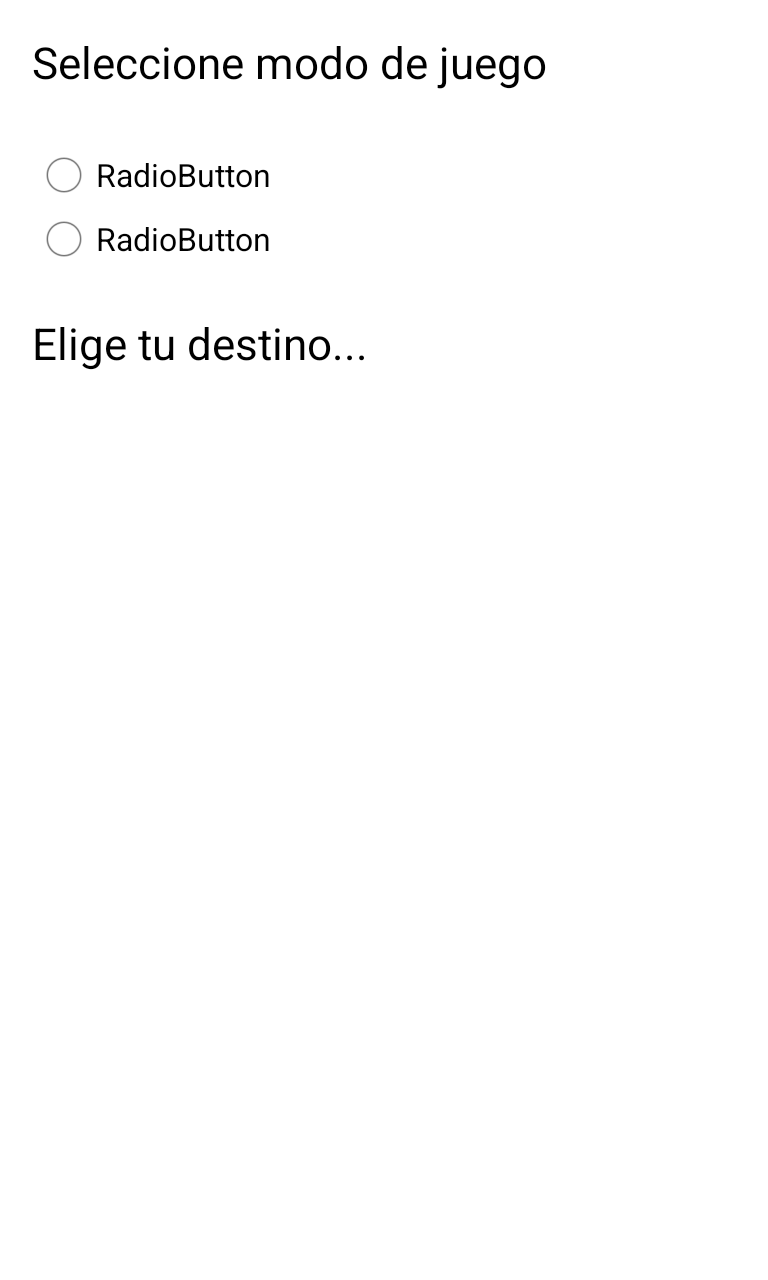
Repository: ivan-yc/miProyecto
Layout: TresEnRaya/res/layout/activity_main.xml
The author's editor kept a copy of each file at every save. The layout is drawn from the files as they stood at one save, then again after the next save.
It is drawn on a 768 x 1280 px phone screen (xhdpi) without system bars, with theme AppTheme; the app's code is not run.

Above is the layout before, as saved 2013-05-16 20:07:35.

### TresEnRaya/res/layout/activity_main.xml
<RelativeLayout xmlns:android="http://schemas.android.com/apk/res/android"
    xmlns:tools="http://schemas.android.com/tools"
    android:layout_width="match_parent"
    android:layout_height="match_parent"
    android:paddingBottom="@dimen/activity_vertical_margin"
    android:paddingLeft="@dimen/activity_horizontal_margin"
    android:paddingRight="@dimen/activity_horizontal_margin"
    android:paddingTop="@dimen/activity_vertical_margin"

    tools:context=".MainActivity" >

    <TextView
        android:id="@+id/textView1"
        android:layout_width="wrap_content"
        android:layout_height="wrap_content"
        android:layout_alignParentLeft="true"
        android:layout_alignParentTop="true"
        android:text="Seleccione modo de juego"
        android:textAppearance="?android:attr/textAppearanceLarge" />

    <RadioButton
        android:id="@+id/radioButton1"
        android:layout_width="wrap_content"
        android:layout_height="wrap_content"
        android:layout_alignLeft="@+id/textView1"
        android:layout_below="@+id/textView1"
        android:layout_marginTop="26dp"
        android:text="RadioButton" />

    <RadioButton
        android:id="@+id/radioButton2"
        android:layout_width="wrap_content"
        android:layout_height="wrap_content"
        android:layout_alignLeft="@+id/radioButton1"
        android:layout_below="@+id/radioButton1"
        android:text="RadioButton" />

    <TextView
        android:id="@+id/textView2"
        android:layout_width="wrap_content"
        android:layout_height="wrap_content"
        android:layout_alignLeft="@+id/radioButton2"
        android:layout_below="@+id/radioButton2"
        android:layout_marginTop="21dp"
        android:text="Elige tu destino..."
        android:textAppearance="?android:attr/textAppearanceLarge" />

</RelativeLayout>

Loaded but not shown: TresEnRaya/res/values/styles.xml (common file); TresEnRaya/res/values-v11/styles.xml (common file); TresEnRaya/res/values-v14/styles.xml (common file); TresEnRaya/res/values/dimens.xml (common file)

After the next save:
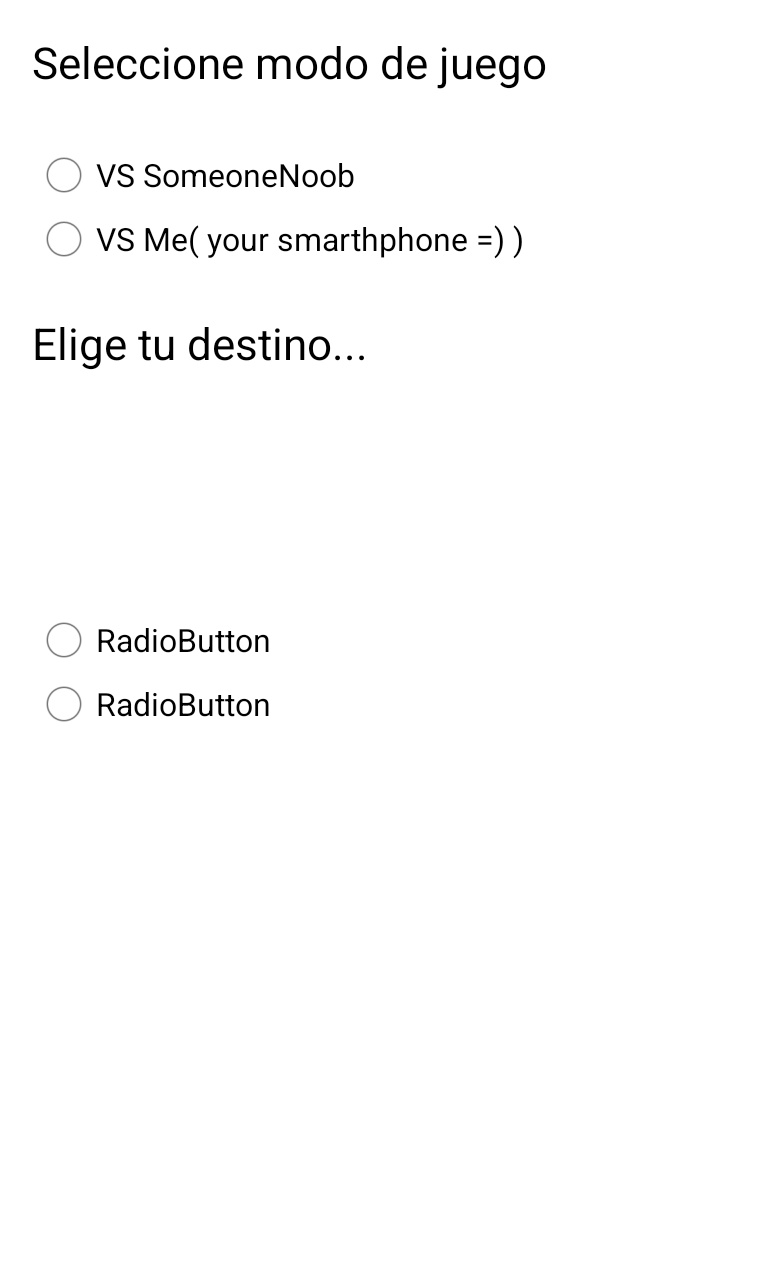
Saved 2 min 4 s later.
--- a/TresEnRaya/res/layout/activity_main.xml
+++ b/TresEnRaya/res/layout/activity_main.xml
@@ -25,7 +25,7 @@
         android:layout_alignLeft="@+id/textView1"
         android:layout_below="@+id/textView1"
         android:layout_marginTop="26dp"
-        android:text="RadioButton" />
+        android:text="VS SomeoneNoob" />
 
     <RadioButton
         android:id="@+id/radioButton2"
@@ -33,7 +33,7 @@
         android:layout_height="wrap_content"
         android:layout_alignLeft="@+id/radioButton1"
         android:layout_below="@+id/radioButton1"
-        android:text="RadioButton" />
+        android:text="VS Me( your smarthphone =) )" />
 
     <TextView
         android:id="@+id/textView2"
@@ -45,4 +45,20 @@
         android:text="Elige tu destino..."
         android:textAppearance="?android:attr/textAppearanceLarge" />
 
+    <RadioButton
+        android:id="@+id/radioButton3"
+        android:layout_width="wrap_content"
+        android:layout_height="wrap_content"
+        android:layout_alignLeft="@+id/textView2"
+        android:layout_centerVertical="true"
+        android:text="RadioButton" />
+
+    <RadioButton
+        android:id="@+id/radioButton4"
+        android:layout_width="wrap_content"
+        android:layout_height="wrap_content"
+        android:layout_alignLeft="@+id/radioButton3"
+        android:layout_below="@+id/radioButton3"
+        android:text="RadioButton" />
+
 </RelativeLayout>
